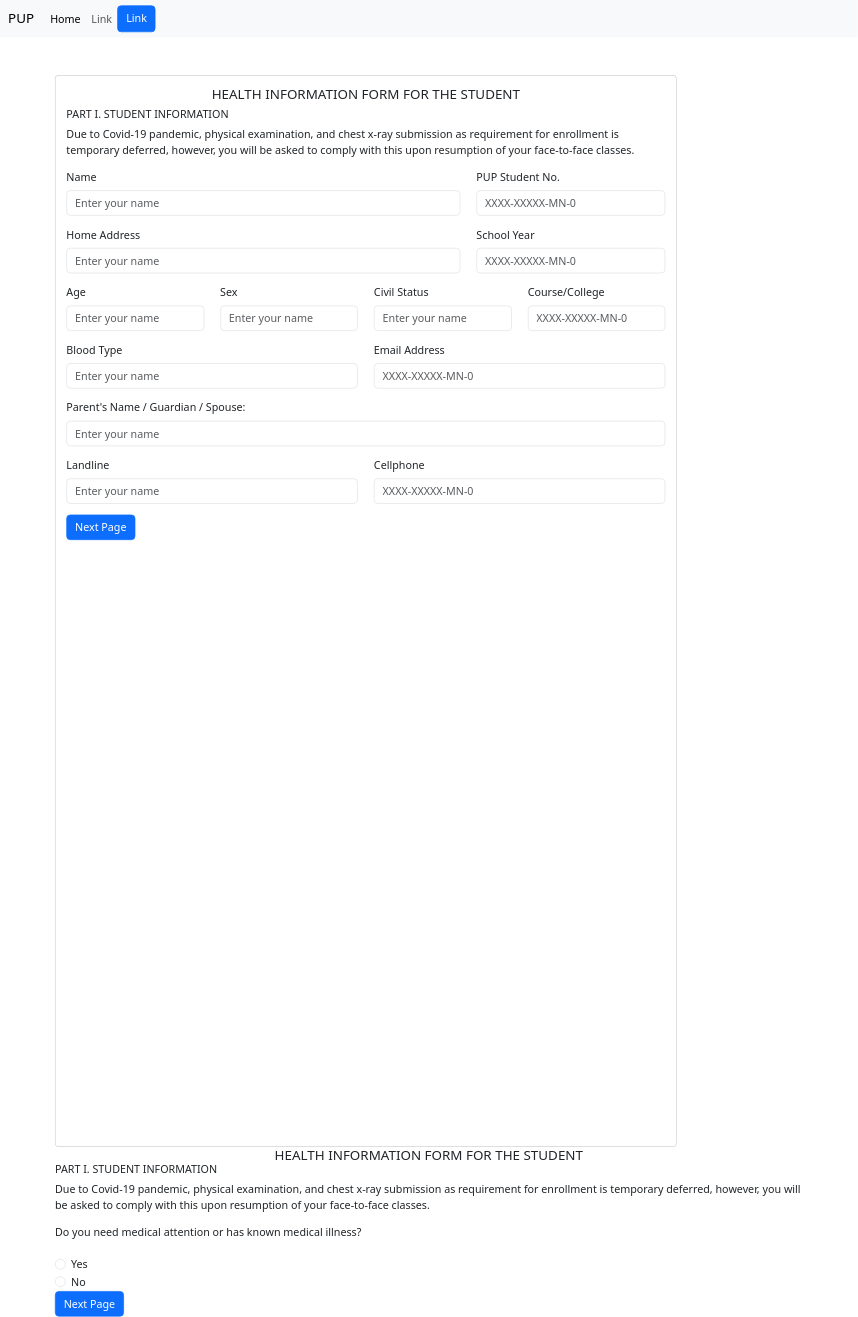
Repository: Nicktacku/webdev
Page: form.html
The author's editor kept a copy of each file at every save. The page is drawn from the files as they stood at one save, then again after the next save.
The browser window is 1280 px wide. The pictures show the whole page, at 67% of full size.

Above is the page before, as saved 2024-07-15 18:15:06.

After the next save:
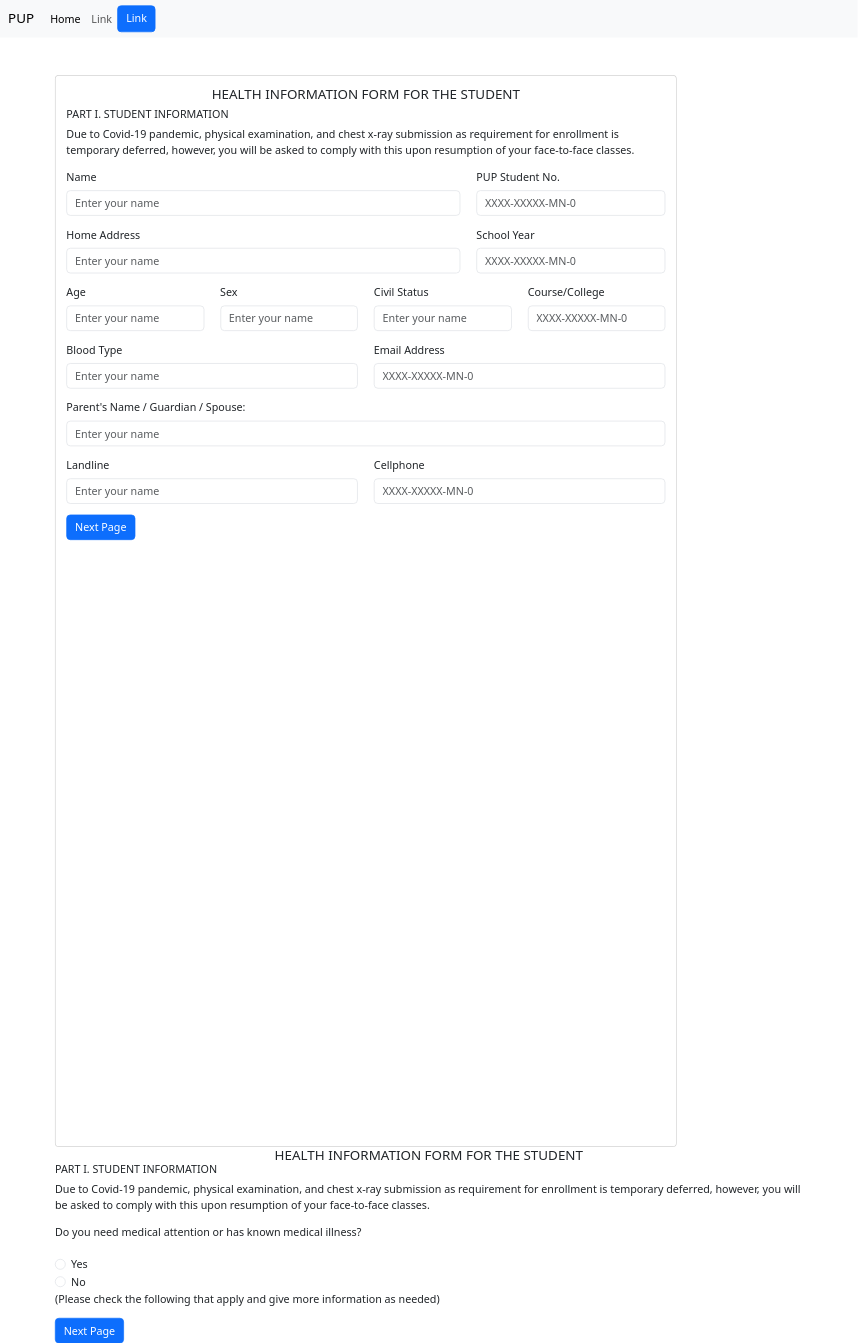
Saved 2 min 41 s later.
--- a/form.html
+++ b/form.html
@@ -179,6 +179,10 @@
                       No
                     </label>
                   </div>
+
+                  <div class="row">
+                    <p>(Please check the following that apply and give more information as needed)</p>
+                  </div>
             </div>
           </div>
 
